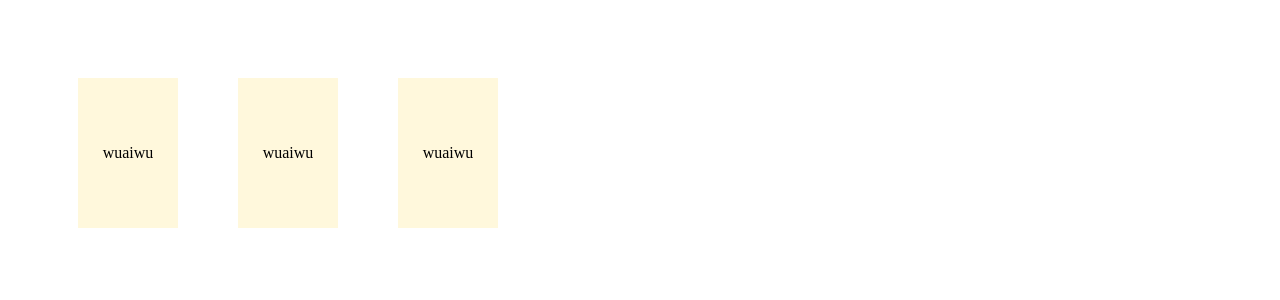
Repository: monijijian/VScodeProject
Page: 02.CSS/过渡和动画.html/过渡.html
The author's editor kept a copy of each file at every save. The page is drawn from the files as they stood at one save, then again after the next save.
The browser window is 1280 px wide. The pictures show the whole page.

Above is the page before, as saved 2020-10-14 17:22:23.

### 02.CSS/过渡和动画.html/过渡.html
<!DOCTYPE html>
<html lang="en">
<head>
    <meta charset="UTF-8">
    <meta name="viewport" content="width=device-width, initial-scale=1.0">
    <title>过渡效果</title>

    <style>
        .body{
            margin: 0;
            padding: 0;
            background-color: #eeeeee;
        }
        .content{
            padding: 40px;
            margin: 80px,auto;
        }
        .item{
            background-color: cornsilk;
            width: 100px;
            height: 150px;
            position: relative;

            float: left;
            margin: 30px;

            overflow: hidden;
            transition: all .5s linear;
        }
        .item:hover{
            margin-top: 15px;
            box-shadow:0 0 15px darkgray;
        }

        .spn1{
            position: absolute;
            text-align: center;
            height: 100%;
            width: 100%;
            line-height: 150px;
        }
        .spn2{
            text-align: center;
            background-color: lightblue;
            width: 100%;
            height: 80px;

            position: absolute;
            left: 0;
            bottom: -80px;

            transition: all .6s ease-in;
        }
        .item:hover .spn2{
            bottom: 0px;
        }
    </style>
</head>
<body>
    <div class="content">
        <div class="item">
            <span class="spn1">wuaiwu</span>
            <span class="spn2">huwahu</span>
        </div>
        <div class="item">
            <span class="spn1">wuaiwu</span>
            <span class="spn2">huwahu</span>
        </div>
        <div class="item">
            <span class="spn1">wuaiwu</span>
            <span class="spn2">huwahu</span>
        </div>
    </div>
</body>
</html>

After the next save:
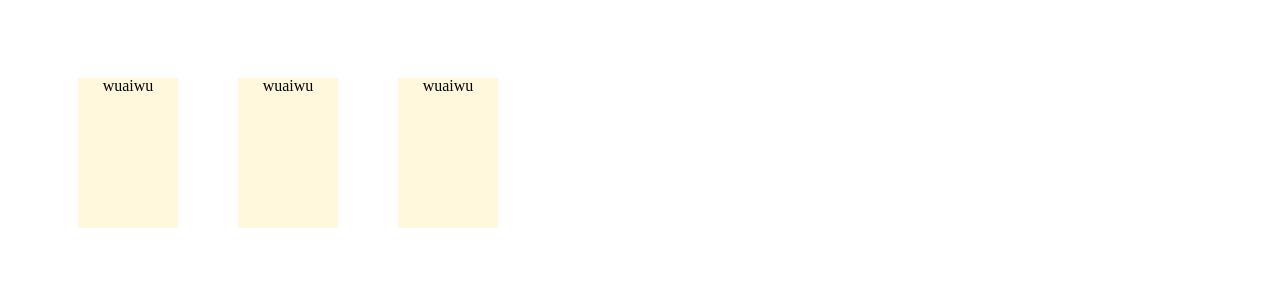
Saved 9 s later.
--- a/02.CSS/过渡和动画.html/过渡.html
+++ b/02.CSS/过渡和动画.html/过渡.html
@@ -37,7 +37,7 @@
             text-align: center;
             height: 100%;
             width: 100%;
-            line-height: 150px;
+            line-height: 1;
         }
         .spn2{
             text-align: center;
